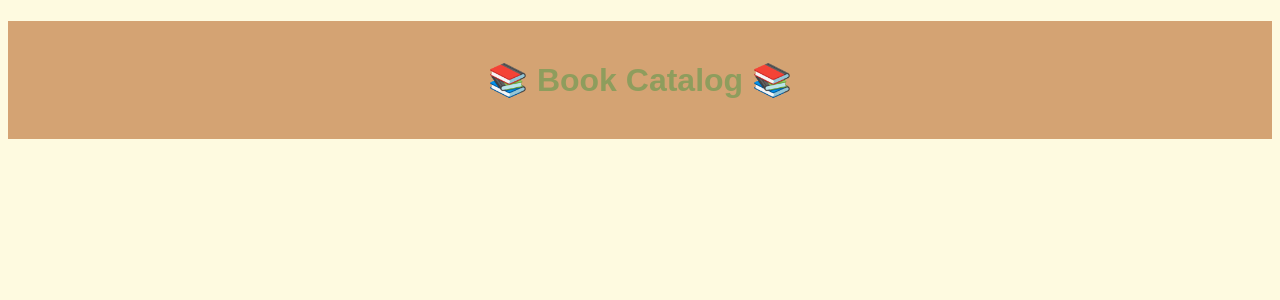
Repository: kaitlynlew/Book-Catalog
Page: /
These files come from the project's save history. The page is drawn as it stood at one moment and after the next save; the edit follows.
The browser window is 1280 px wide. The pictures show the whole page.
The project was rebuilt for these pictures with package versions that can differ from the ones it lists, and the page was loaded fresh each time. Also part of the build but not shown: vite.config.js.

Above is the page before, as saved 2025-09-14 00:11:46.

After the next save:
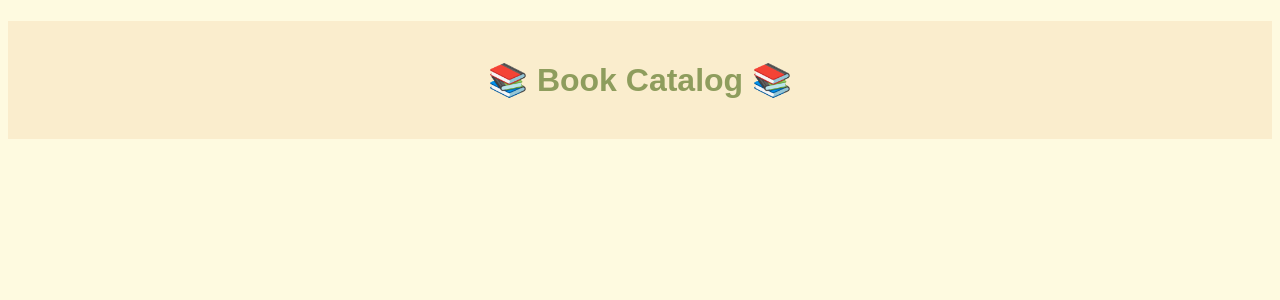
Saved 6 s later.
--- a/src/App.css
+++ b/src/App.css
@@ -7,6 +7,6 @@ body {
 h1 {
   color: #8e9d5d;
   text-align: center;
-  background-color: #d4a373;
+  background-color: #faedcd;
   padding: 40px;
 }
